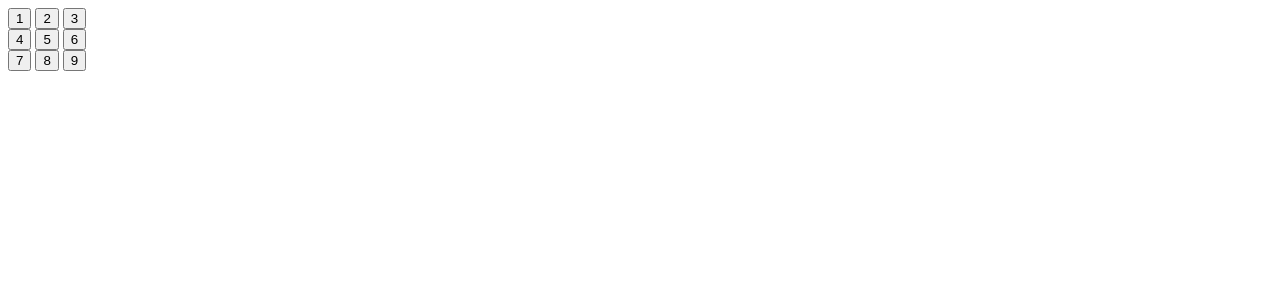
Repository: jun01270/calculator
Page: caculator.html
An editor plug-in stored every save of this project. The page is shown before and after the next save, followed by the edit.
The browser window is 1280 px wide. The pictures show the whole page.

Above is the page before, as saved 2023-07-31 17:51:22.

### caculator.html
<!DOCTYPE html>
<html lang="en">
  <head>
    <meta charset="UTF-8" />
    <meta name="viewport" content="width=device-width, initial-scale=1.0" />
    <title>Document</title>
  </head>
  <body>
    <div class="row">
      <button>1</button>
      <button>2</button>
      <button>3</button>
    </div>
    <div class="row">
      <button>4</button>
      <button>5</button>
      <button>6</button>
    </div>
    <div class="row">
      <button>7</button>
      <button>8</button>
      <button>9</button>
    </div>
  </body>
</html>

After the next save:
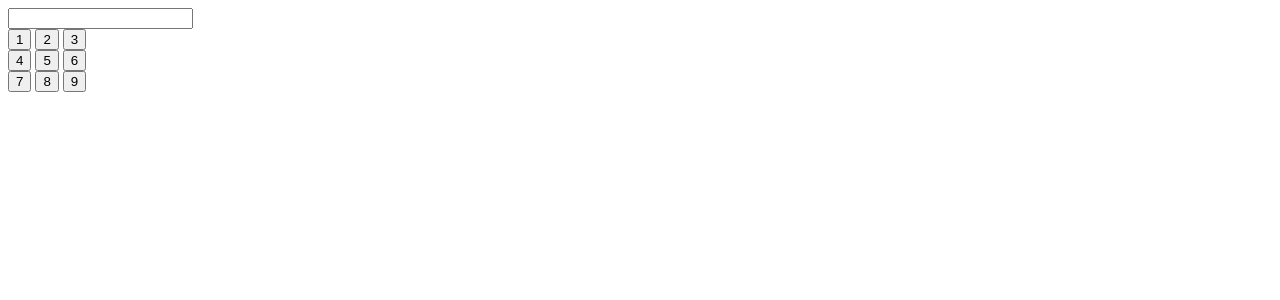
Saved 9 s later.
--- a/caculator.html
+++ b/caculator.html
@@ -6,6 +6,7 @@
     <title>Document</title>
   </head>
   <body>
+    <div><input type="text" /></div>
     <div class="row">
       <button>1</button>
       <button>2</button>
